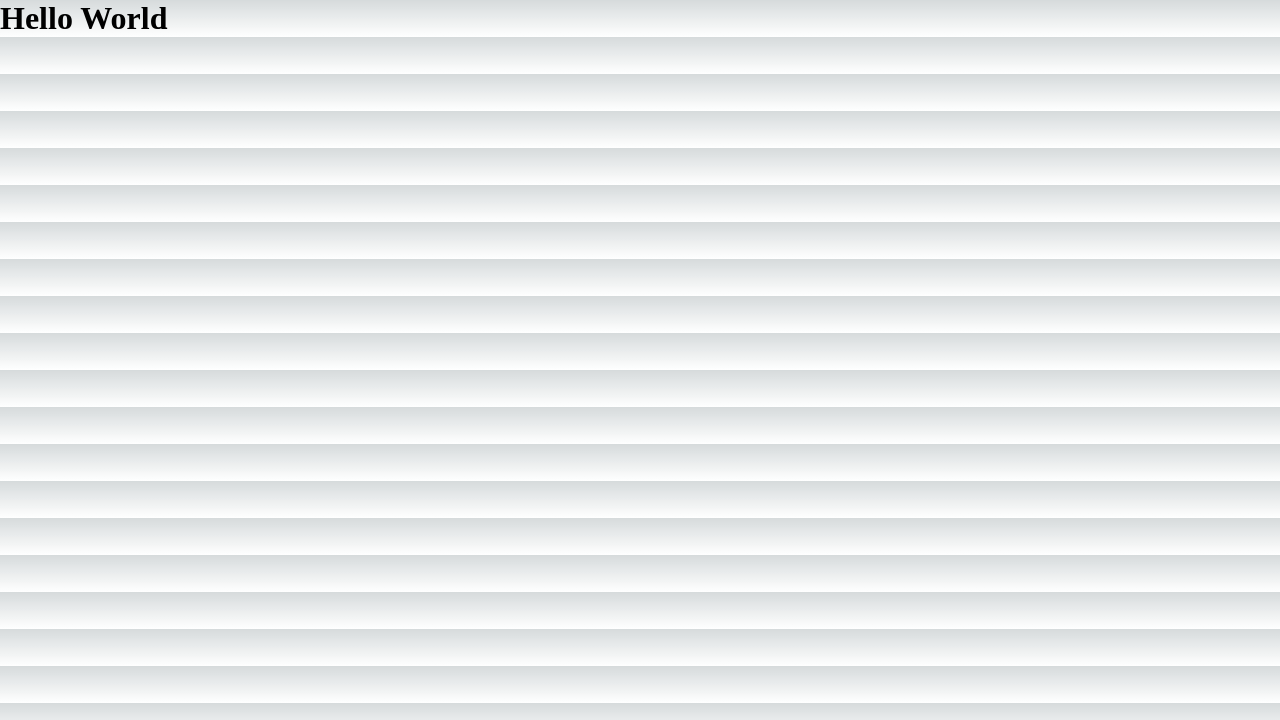
Repository: CebokKhumalo/Next-Portal
Page: / (app in nextPortal/portal/)
An editor plug-in stored every save of this project. The page is shown before and after the next save, followed by the edit.
The browser window is 1280 px wide. The pictures show the whole page.
The project was rebuilt for these pictures with package versions that can differ from the ones it lists, and the page was loaded fresh each time. The framework's server and built-in components were replaced by stand-ins that run in the browser. Also part of the build but not shown: nextPortal/portal/next.config.js.

Above is the page before, as saved 2023-05-16 10:46:11.

### nextPortal/portal/src/pages/index.tsx
import Head from 'next/head';
import Image from 'next/image';
import { Inter } from '@next/font/google';
import styles from '@/styles/Home.module.css';
import { Form, Input } from 'antd';

const inter = Inter({ subsets: ['latin'] });

export default function Home() {
    return (
        <>
            <Head>
                <title>Grim Movies</title>
                <meta
                    name="description"
                    content="Generated by create next app"
                />
                <link rel="icon" href="/favicon.ico" />
            </Head>
            <h1>Hello World</h1>
        </>
    );
}

Loaded but not shown: nextPortal/portal/src/pages/_app.tsx (common file); nextPortal/portal/src/pages/_document.tsx (common file); nextPortal/portal/src/styles/globals.css (common file)

After the next save:
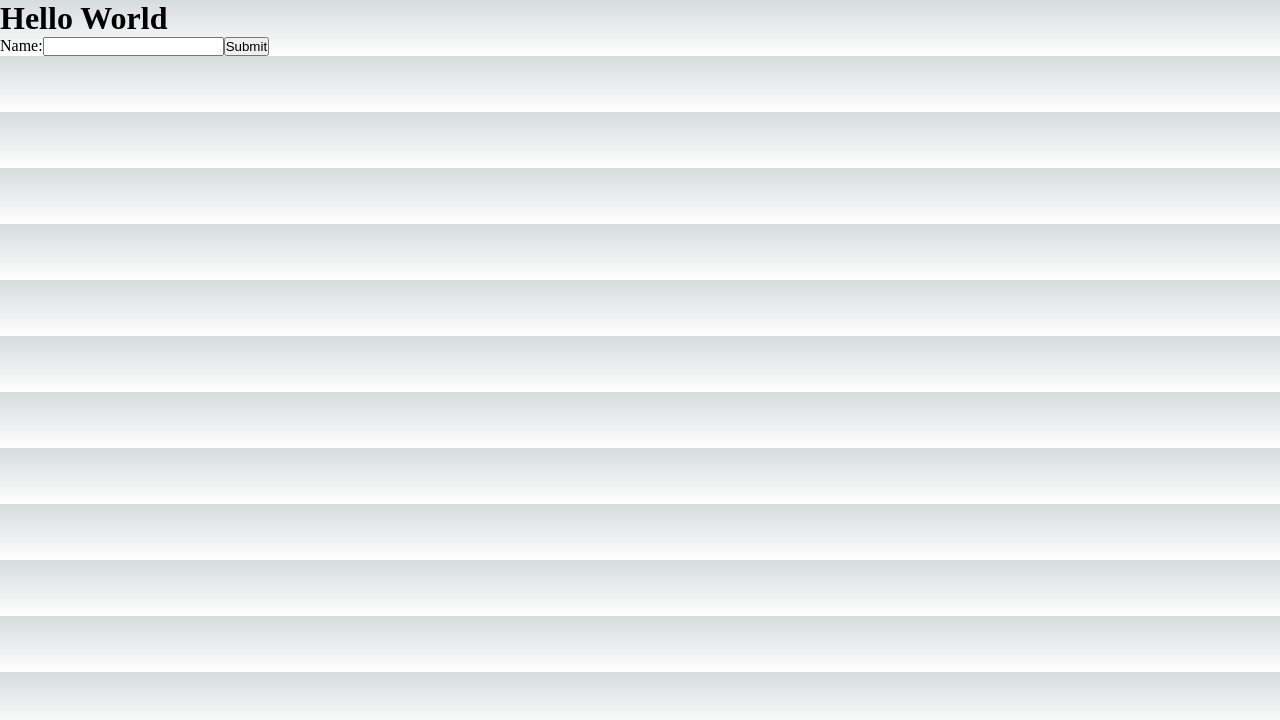
Saved 12 s later.
--- a/nextPortal/portal/src/pages/index.tsx
+++ b/nextPortal/portal/src/pages/index.tsx
@@ -18,6 +18,14 @@ export default function Home() {
                 <link rel="icon" href="/favicon.ico" />
             </Head>
             <h1>Hello World</h1>
+
+            <form>
+                <label>
+                    Name:
+                    <input type="text" name="name" />
+                </label>
+                <input type="submit" value="Submit" />
+            </form>
         </>
     );
 }
